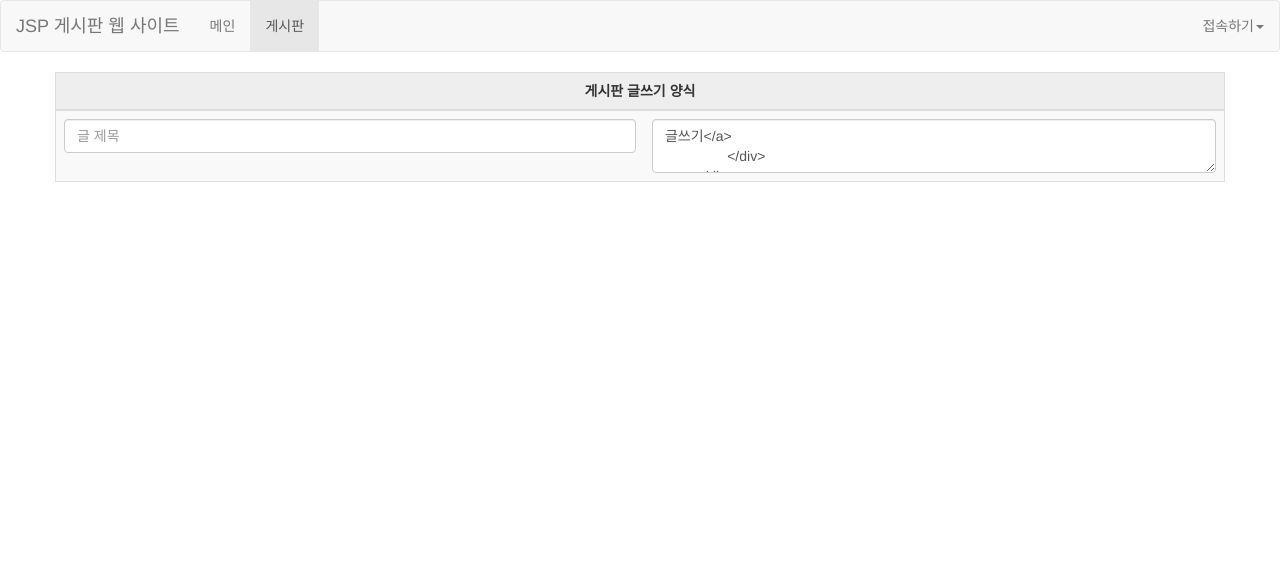
Repository: winter9388/JSP_BBS
Page: http://localhost/BBS/퍋ㅈ.jsp
An editor plug-in stored every save of this project. The page is shown before and after the next save, followed by the edit.
The browser window is 1280 px wide. The pictures show the whole page.
Some web libraries are served in a nearby version. The page is served by Tomcat 9. Other server files are loaded and not shown.

Above is the page before, as saved 2022-08-12 12:22:34.

### BBS/src/main/webapp/퍋ㅈ.jsp
<%@ page language="java" contentType="text/html; charset=UTF-8"
    pageEncoding="UTF-8"%>
<%@ page import="java.io.PrintWriter" %>
<!DOCTYPE html>
<html>
<head>
<meta charset="UTF-8">
<meta name="viewport" content="width=device-width", initial-scale="1">
<link rel="stylesheet" href="css/bootstrap.css">
<title>JSP 게시판 웹 사이트</title>
</head>
<body>
	<%
		String userID = null;
		if(session.getAttribute("userID") != null){ // 세션값이 존재하면
			userID = (String)session.getAttribute("userID"); // userID에 새션값을 입력
		}
	%>
	<nav class="navbar navbar-default">
		<div class="navbar-header">
			<button type="button" class="navbar-toggle collapsed"
				data-toggle="collapse" data-target="#bs-example-navbar-collapse-1"
				aria-expended="false">
				<span class="icon-bar"></span>
				<span class="icon-bar"></span>
				<span class="icon-bar"></span>
			</button>
			<a class="navbar-brand" href="main.jsp">JSP 게시판 웹 사이트</a>
		</div>
		<div class="collapse navbar-collapse" id="bs-example-navbar-collapse-1"
			aria-expended="false">
			<ul class="nav navbar-nav">
				<li><a href="main.jsp">메인</a></li>
				<li class="active"><a href="bbs.jsp">게시판</a></li>
			</ul>

			<%
				if(userID == null){ //세션이 없는경우 (로그인 되있지 않은 경우)만 아래 항목들을 보여줌
			%>
			<ul class="nav navbar-nav navbar-right">
				<li class="dropdown">
					<a href="#" class="dropdown-toggle"
						data-toggle="dropdown" role="button" aria-haspopup="true"
						aria-expanded="false">접속하기<span class="caret"></span></a>
					<ul class="dropdown-menu">
						<li><a href="login.jsp">로그인</a></li>
						<li><a href="join.jsp">회원가입</a></li>
					</ul>
				</li>
			</ul>
			<%
				} else {
			%>
			<ul class="nav navbar-nav navbar-right">
				<li class="dropdown">
					<a href="#" class="dropdown-toggle"
						data-toggle="dropdown" role="button" aria-haspopup="true"
						aria-expanded="false">회원관리<span class="caret"></span></a>
					<ul class="dropdown-menu">
						<li><a href="logoutAction.jsp">로그아웃</a></li>
					</ul>
				</li>
			</ul>
			<%
				}
			%>
		</div>
	</nav>

	<!--  -->
	<div class="container">
		<div class="row">
			<table class="table table-striped" style="text-align: center; border: 1px solid #dddddd"> <!-- table-striped -> 테이블의 짝수 홀수 열 구분 -->
				<thead>
					<tr>
						<th colspan="2" style="background-color: #eeeeee; text-align: center">게시판 글쓰기 양식</th>
					</tr>
				</thead>
				<tbody>
					<tr>
						<td><input type="text" class="form-control" placeholder="글 제목" name="bbsTitle" maxlength="50"></td>
						<td><textarea type="text" class="form-control" placeholder="글 내용" name="bbsContent" maxlength="2048" style="height: 350px></textarea></td>
					</tr>
				</tbody>
			</table>
			<a href="write.jsp" class="btn btn-primary pull-right">글쓰기</a>
		</div>
	</div>

	<script src="https://code.jquery.com/jquery-3.1.1.min.js"></script>
	<script src="js/bootstrap.js"></script>
</body>
</html>

Loaded but not shown: BBS/src/main/webapp/css/bootstrap.css (library); BBS/src/main/webapp/js/bootstrap.js (library)

After the next save:
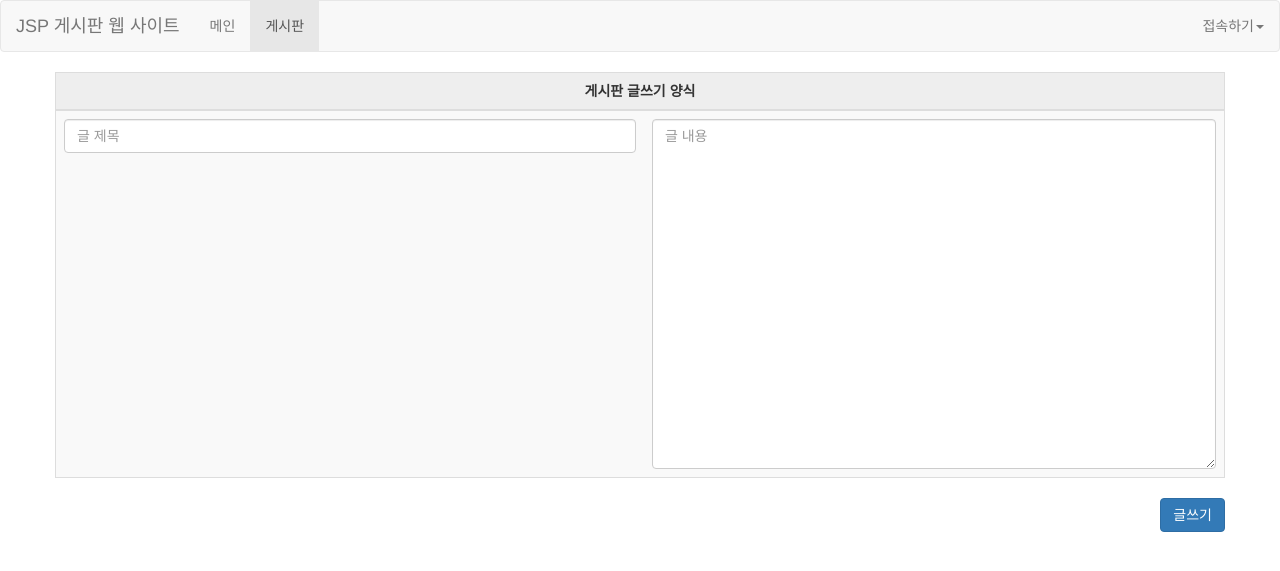
Saved 4 s later.
--- a/BBS/src/main/webapp/퍋ㅈ.jsp
+++ b/BBS/src/main/webapp/퍋ㅈ.jsp
@@ -79,7 +79,7 @@
 				<tbody>
 					<tr>
 						<td><input type="text" class="form-control" placeholder="글 제목" name="bbsTitle" maxlength="50"></td>
-						<td><textarea type="text" class="form-control" placeholder="글 내용" name="bbsContent" maxlength="2048" style="height: 350px></textarea></td>
+						<td><textarea type="text" class="form-control" placeholder="글 내용" name="bbsContent" maxlength="2048" style="height: 350px";></textarea></td>
 					</tr>
 				</tbody>
 			</table>
